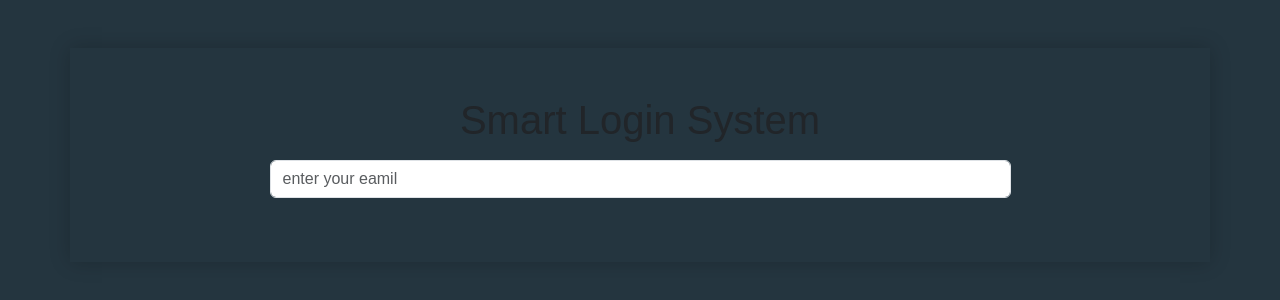
Repository: bodajava/TASK-4
Page: index.html
An editor plug-in stored every save of this project. The page is shown before and after the next save, followed by the edit.
The browser window is 1280 px wide. The pictures show the whole page.

Above is the page before, as saved 2025-06-16 18:27:47.

### index.html
<!DOCTYPE html>
<html lang="en">
  <head>
    <link rel="stylesheet" href="CSS/all.min.css" />
    <link rel="stylesheet" href="CSS/bootstrap.css" />
    <link rel="stylesheet" href="CSS/style.css" />
    <meta charset="UTF-8" />
    <meta name="viewport" content="width=device-width, initial-scale=1.0" />
    <title>Document</title>
  </head>
  <body>
    <div id="item" class="container my-5 text-center">
      <div id="" class="m-auto w-75 p-5">
        <h1>Smart Login System</h1>
        <input
          type="text"
          class="form-control my-3"
          placeholder="enter your eamil"
          id="signinEmail"
        />
      </div>
    </div>

    <script src="js/bootstrap.bundle.min.js"></script>
    <script src="js/index.js"></script>
  </body>
</html>

### CSS/style.css
* {
  padding: 0;
  margin: 0;
  box-sizing: border-box;
}

body {
  background-color: #24353f;

  display: flex;
  justify-content: center;
  align-items: center;
  font-family: Arial, sans-serif;
}

#item {
  box-shadow: 0 0 20px rgba(0, 0, 0, 0.2);
}

Loaded but not shown: CSS/all.min.css (library); CSS/bootstrap.css (library); js/bootstrap.bundle.min.js (library); js/index.js (no copy from this time; the picture is the same without it)

After the next save:
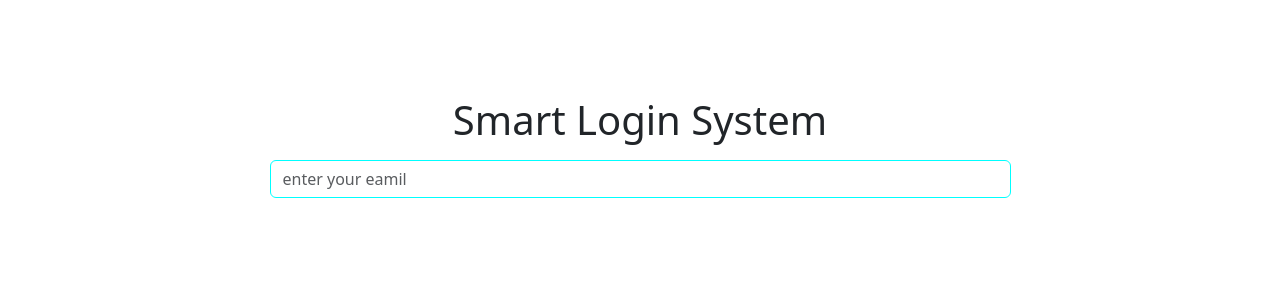
Saved 3 min 41 s later.
--- a/CSS/style.css
+++ b/CSS/style.css
@@ -4,15 +4,62 @@
   box-sizing: border-box;
 }
 
-body {
-  background-color: #24353f;
+      background: linear-gradient(135deg, #0f2027, #203a43, #2c5364);
+      height: 100vh;
+      display: flex;
+      align-items: center;
+      justify-content: center;
+      font-family: Arial, sans-serif;
+    }
 
-  display: flex;
-  justify-content: center;
-  align-items: center;
-  font-family: Arial, sans-serif;
-}
+    .login-box {
+      background-color: rgba(0, 0, 0, 0.6);
+      padding: 40px;
+      border-radius: 10px;
+      width: 100%;
+      max-width: 400px;
+      box-shadow: 0 0 20px rgba(0, 255, 255, 0.2);
+      color: #fff;
+    }
 
-#item {
-  box-shadow: 0 0 20px rgba(0, 0, 0, 0.2);
-}
+    .login-box h2 {
+      text-align: center;
+      margin-bottom: 30px;
+      color: #00ffff;
+    }
+
+    .form-control {
+      background-color: transparent;
+      border: 1px solid #00ffff;
+      color: #fff;
+    }
+
+    .form-control:focus {
+      border-color: #00ffff;
+      box-shadow: none;
+    }
+
+    .btn-custom {
+      background-color: transparent;
+      border: 1px solid #00ffff;
+      color: #00ffff;
+    }
+
+    .btn-custom:hover {
+      background-color: #00ffff;
+      color: #000;
+    }
+
+    .signup-link {
+      margin-top: 15px;
+      text-align: center;
+    }
+
+    .signup-link a {
+      color: #00ffff;
+      text-decoration: none;
+    }
+
+    .signup-link a:hover {
+      text-decoration: underline;
+    }
